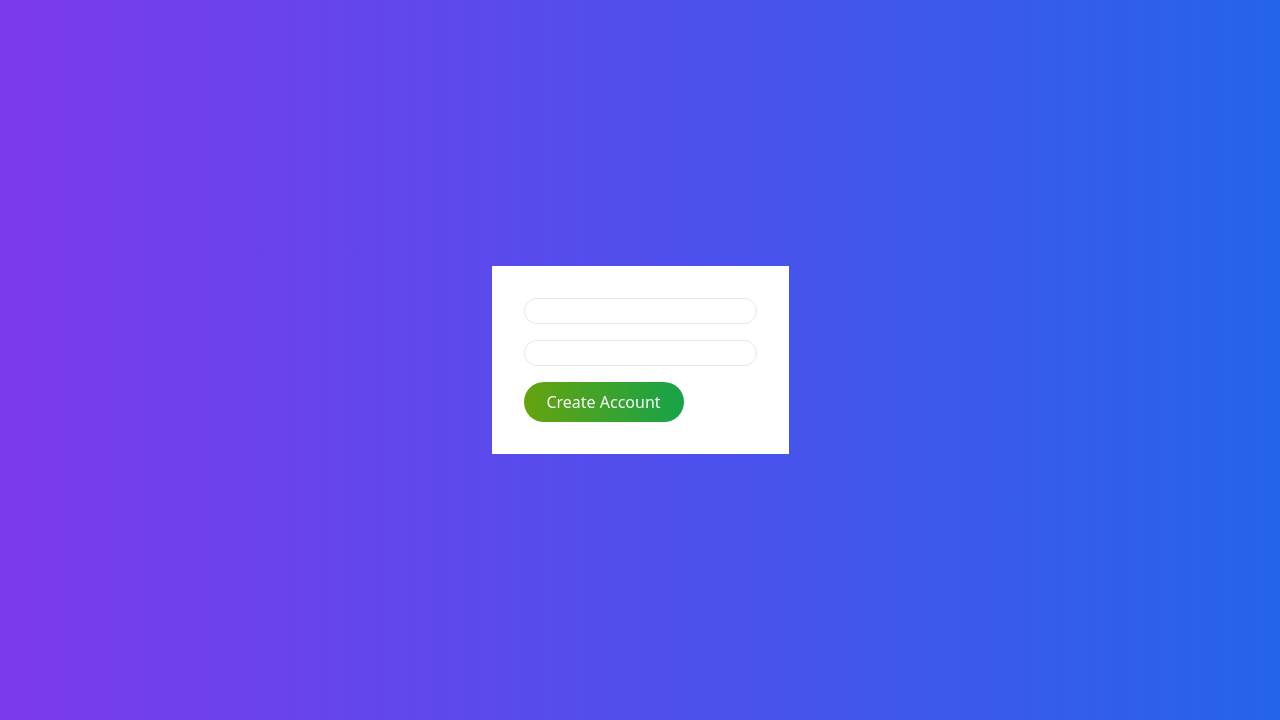
Repository: Velkan33/ReactTypescript
Page: /
These files come from the project's save history. The page is drawn as it stood at one moment and after the next save; the edit follows.
The browser window is 1280 px wide. The pictures show the whole page.
The project was rebuilt for these pictures with package versions that can differ from the ones it lists, and the page was loaded fresh each time. Also part of the build but not shown: vite.config.ts.

Above is the page before, as saved 2023-04-05 05:50:56.

### index.html
<!DOCTYPE html>
<html lang="en">
 <head>
  <meta charset="UTF-8" />
  <link rel="icon" type="image/svg+xml" href="/vite.svg" />
  <link rel="stylesheet" href="/src/styles/output.css" />
  <link rel="preconnect" href="https://fonts.googleapis.com" />
  <link rel="preconnect" href="https://fonts.gstatic.com" crossorigin />
  <link
   href="https://fonts.googleapis.com/css2?family=Permanent+Marker&display=swap"
   rel="stylesheet"
  />
  <meta name="viewport" content="width=device-width, initial-scale=1.0" />
  <title>Vite + React + TS</title>
 </head>
 <body>
  <div id="root"></div>
  <script type="module" src="/src/main.tsx"></script>
 </body>
</html>

### src/main.tsx
import React from 'react';
import ReactDOM from 'react-dom/client';
import App from './App';

ReactDOM.createRoot(document.getElementById('root') as HTMLElement).render(
 <React.StrictMode>
  <App />
 </React.StrictMode>
);

### src/App.tsx
import React from 'react';

import UserFetchApp from './999_Diario_React/DummyJSONFetchUsers/UserFetchApp';
import LogginApp from './999_Diario_React/DummyJSONLoggin/LoginApp';

function App() {
 const SongFinderStyle =
  'h-full w-full bg-gradient-to-l from-blue-600 to-violet-600 text-white';
 return (
  <div className={SongFinderStyle}>
   {/* <CrudApi5A /> */}
   {/* <SongSearch /> */}
   {/* <UserFetchApp /> */}
   <LogginApp />
  </div>
 );
}

export default App;

### src/999_Diario_React/DummyJSONLoggin/LoginApp.tsx
import React from 'react';
import LoginCard from './LoginCard';

export default function LogginApp() {
 return (
  <div className="h-screen grid place-items-center">
   <LoginCard />
  </div>
 );
}

### src/999_Diario_React/DummyJSONLoggin/LoginCard.tsx
import React from 'react';

export default function LoginCard() {
 return (
  <div className="bg-white text-gray-800 p-8">
   <form className="grid gap-4">
    <input type="text" className="rounded-full border" />
    <input type="text" className="border rounded-full" />
    <input
     type="submit"
     value="Create Account"
     className="bg-gradient-to-r from-lime-600 to-green-600 text-white w-[10rem] h-10  rounded-full "
    />
   </form>
  </div>
 );
}

Loaded but not shown: src/styles/output.css (1915 lines, source omitted)

After the next save:
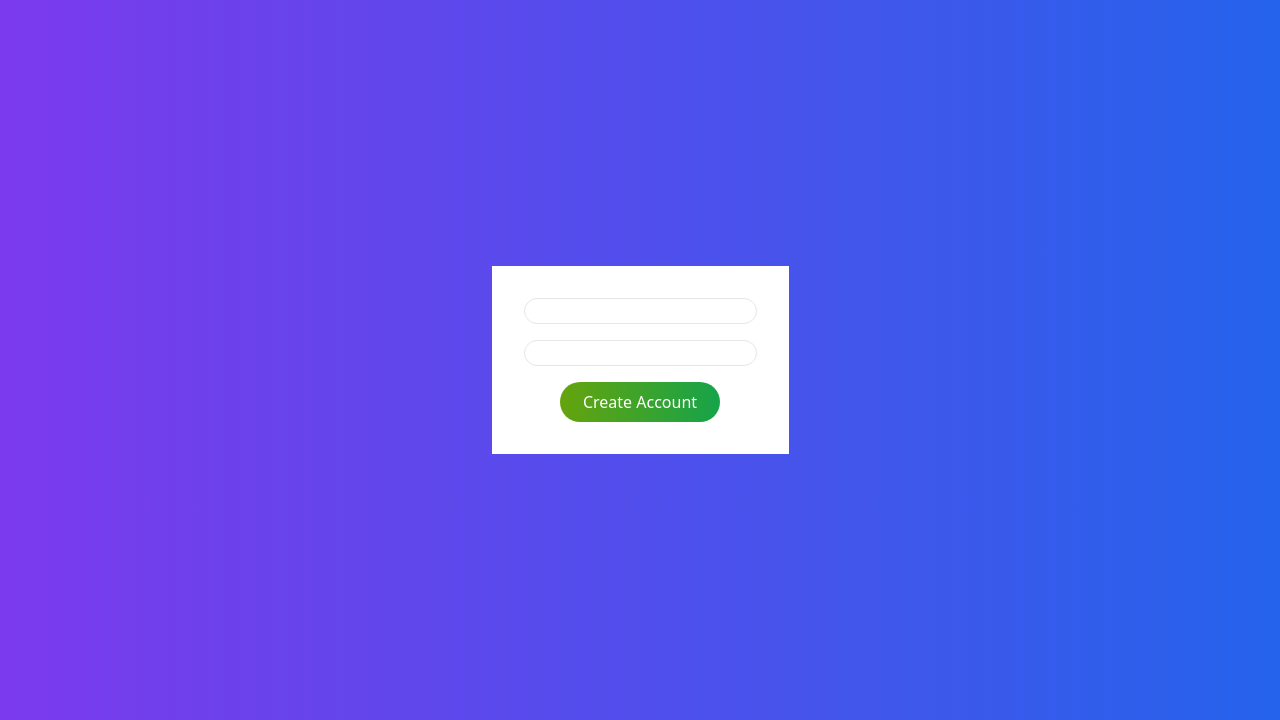
Saved 13 s later.
--- a/src/999_Diario_React/DummyJSONLoggin/LoginCard.tsx
+++ b/src/999_Diario_React/DummyJSONLoggin/LoginCard.tsx
@@ -9,7 +9,7 @@ export default function LoginCard() {
     <input
      type="submit"
      value="Create Account"
-     className="bg-gradient-to-r from-lime-600 to-green-600 text-white w-[10rem] h-10  rounded-full "
+     className="bg-gradient-to-r from-lime-600 to-green-600 text-white w-[10rem] h-10 mx-auto rounded-full "
     />
    </form>
   </div>
